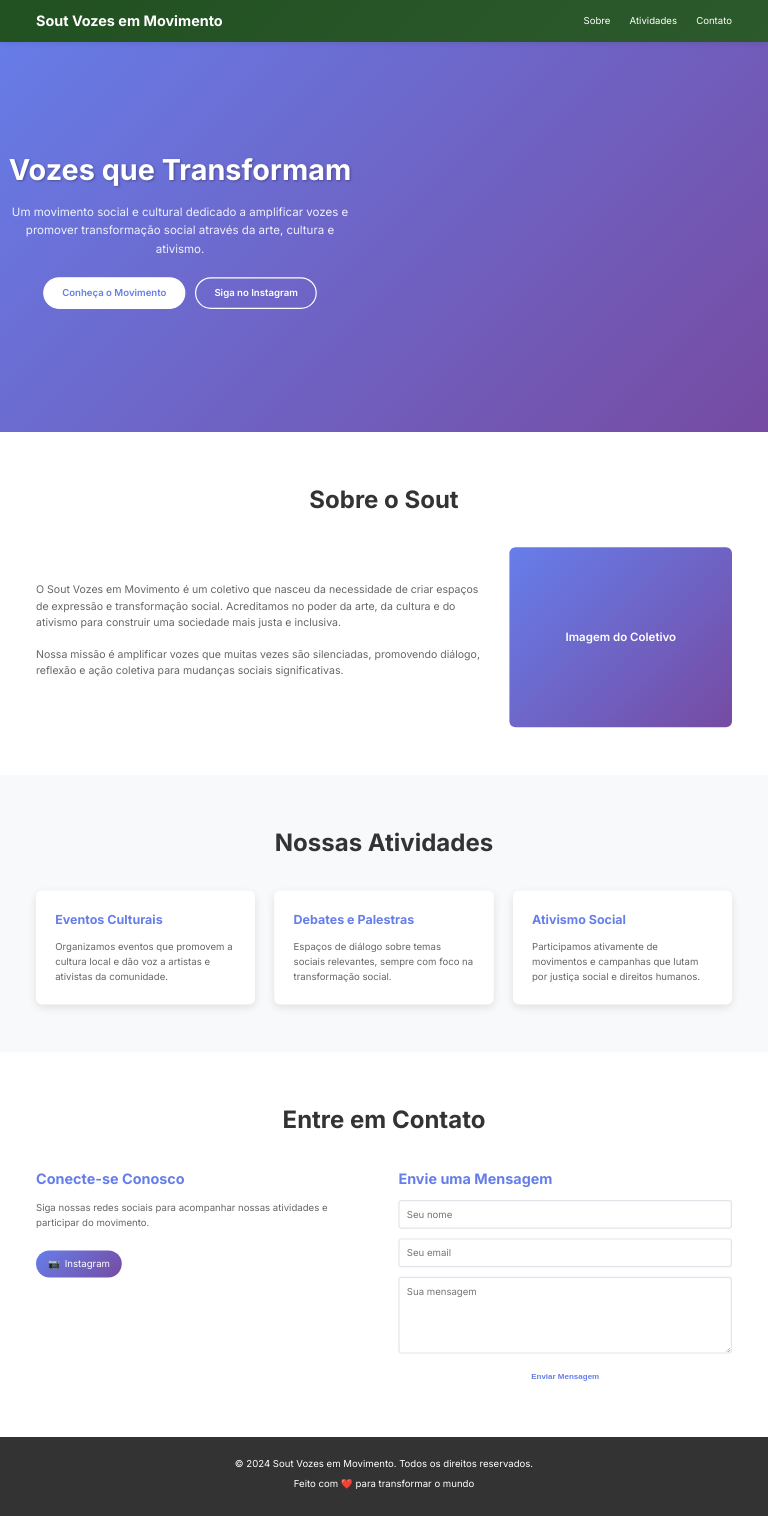
Repository: farukzahra/sout
Page: index.html
An editor plug-in stored every save of this project. The page is shown before and after a run of saves, followed by the edit.
The browser window is 1280 px wide. The pictures show the whole page, at 60% of full size.

Above is the page before, as saved 2025-10-02 12:54:33.

After the next 9 saves:
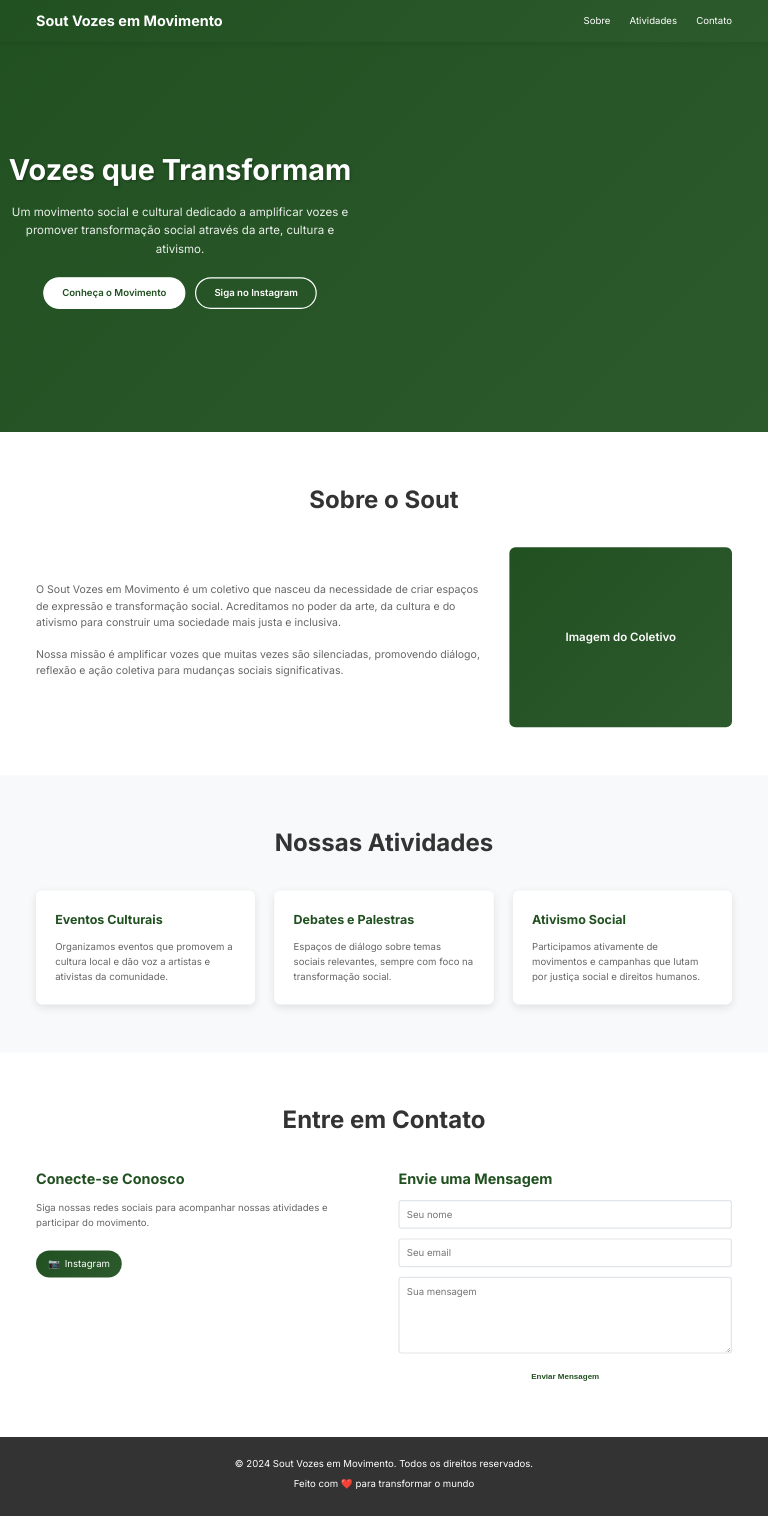
The 9 saves are shown as one change because they came seconds apart.
The last was saved 23 s later.
--- a/style.css
+++ b/style.css
@@ -63,7 +63,7 @@ body {
 
 /* Hero Section */
 .hero {
-    background: linear-gradient(135deg, #667eea 0%, #764ba2 100%);
+    background: linear-gradient(135deg, #215021 0%, #2d5a2d 100%);
     color: white;
     padding: 120px 0 80px;
     text-align: center;
@@ -108,7 +108,7 @@ body {
 
 .btn-primary {
     background: white;
-    color: #667eea;
+    color: #215021;
     border-color: white;
 }
 
@@ -126,7 +126,7 @@ body {
 
 .btn-secondary:hover {
     background: white;
-    color: #667eea;
+    color: #215021;
 }
 
 /* Seções */
@@ -160,7 +160,7 @@ body {
 }
 
 .placeholder-image {
-    background: linear-gradient(135deg, #667eea 0%, #764ba2 100%);
+    background: linear-gradient(135deg, #215021 0%, #2d5a2d 100%);
     height: 300px;
     border-radius: 10px;
     display: flex;
@@ -192,7 +192,7 @@ body {
 }
 
 .activity-card h3 {
-    color: #667eea;
+    color: #215021;
     margin-bottom: 1rem;
     font-size: 1.3rem;
 }
@@ -210,7 +210,7 @@ body {
 }
 
 .contact-info h3 {
-    color: #667eea;
+    color: #215021;
     margin-bottom: 1rem;
     font-size: 1.5rem;
 }
@@ -230,7 +230,7 @@ body {
     align-items: center;
     gap: 0.5rem;
     padding: 10px 20px;
-    background: linear-gradient(135deg, #667eea 0%, #764ba2 100%);
+    background: linear-gradient(135deg, #215021 0%, #2d5a2d 100%);
     color: white;
     text-decoration: none;
     border-radius: 25px;
@@ -242,7 +242,7 @@ body {
 }
 
 .contact-form h3 {
-    color: #667eea;
+    color: #215021;
     margin-bottom: 1rem;
     font-size: 1.5rem;
 }
@@ -266,7 +266,7 @@ body {
 .contact-form input:focus,
 .contact-form textarea:focus {
     outline: none;
-    border-color: #667eea;
+    border-color: #215021;
 }
 
 .contact-form textarea {
